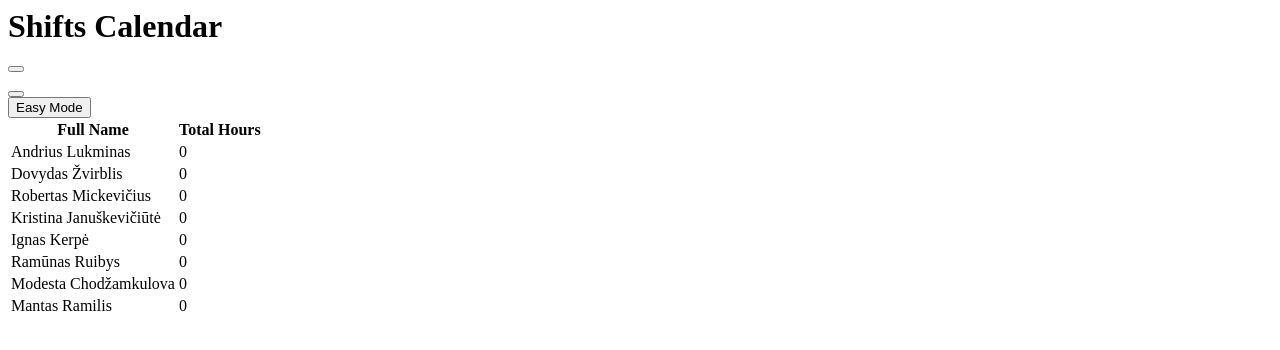
Repository: Daigtas/Shiftman
Page: partials/vacations_calendar.html
An editor plug-in stored every save of this project. The page is shown before and after the next save, followed by the edit.
The browser window is 1280 px wide. The pictures show the whole page.

Above is the page before, as saved 2025-02-04 09:33:25.
Console error: ReferenceError: $ is not defined

After the next save:
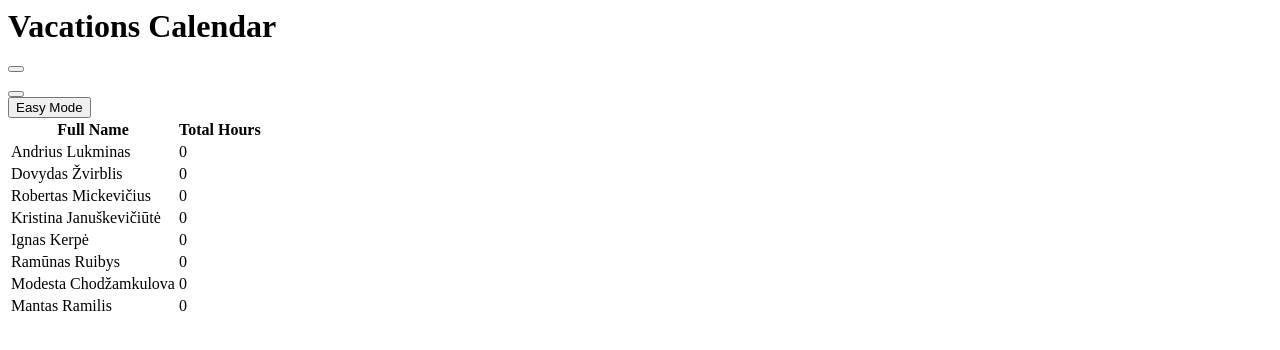
Saved 6 min 1 s later.
--- a/partials/vacations_calendar.html
+++ b/partials/vacations_calendar.html
@@ -1,12 +1,12 @@
-<h1 data-translate-key="shiftsCalendarTitle">Shifts Calendar</h1>
+<h1 data-translate-key="vacationsCalendarTitle">Vacations Calendar</h1>
 <div class="container-fluid">
     <div class="btn-toolbar mb-3" role="toolbar">
-        <button type="button" class="btn btn-lg btn-outline-primary mr-4" id="prevMonth" >
+        <button type="button" class="btn btn-lg btn-outline-primary mr-4" id="prevMonth">
             <i class="fas fa-chevron-left"></i>
         </button>
         <h3 id="monthName" class="text-center mb-4"></h3>
         <h3 id="currentMonthYear" class="text-center mb-4"></h3>
-        <button type="button" class="btn btn-lg btn-outline-primary ml-4" id="nextMonth" >
+        <button type="button" class="btn btn-lg btn-outline-primary ml-4" id="nextMonth">
             <i class="fas fa-chevron-right"></i>
         </button>
     </div>
@@ -28,7 +28,7 @@
                 <!-- Example rows, add more as needed -->
                 <tr>
                     <td>Andrius Lukminas</td>
-                    <!-- Shift data will be dynamically generated -->
+                    <!-- Vacation data will be dynamically generated -->
                     <td class="total-hours">0</td>
                 </tr>
                 <tr>
--- a/js/vacations_calendar.js
+++ b/js/vacations_calendar.js
@@ -23,7 +23,7 @@ $(document).ready(function () {
         }
     }
 
-    function initializeShiftsCalendar() {
+    function initializeVacationsCalendar() {
         const table = $('#calendar');
         const daysInMonth = new Date(currentYear, currentMonth + 1, 0).getDate();
         updateMonthYearText();
@@ -190,7 +190,7 @@ $(document).ready(function () {
 
     // Save data to LocalStorage
     function saveData() {
-        const data = JSON.parse(localStorage.getItem('calendarData')) || {};
+        const data = JSON.parse(localStorage.getItem('vacationsData')) || {};
         const year = currentYear;
         const month = String(currentMonth + 1).padStart(2, '0');
 
@@ -214,7 +214,7 @@ $(document).ready(function () {
             data[fullName][year][month] = monthData;
         });
 
-        localStorage.setItem('calendarData', JSON.stringify(data));
+        localStorage.setItem('vacationsData', JSON.stringify(data));
         console.log('Data saved to LocalStorage:', data);
 
         // Show success message
@@ -227,7 +227,7 @@ $(document).ready(function () {
 
     // Load data from LocalStorage
     function loadData() {
-        const data = JSON.parse(localStorage.getItem('calendarData')) || {};
+        const data = JSON.parse(localStorage.getItem('vacationsData')) || {};
         const year = currentYear;
         const month = String(currentMonth + 1).padStart(2, '0');
 
@@ -279,7 +279,7 @@ $(document).ready(function () {
             currentMonth = 11;
             currentYear--;
         }
-        initializeShiftsCalendar();
+        initializeVacationsCalendar();
         loadData();
     });
 
@@ -289,7 +289,7 @@ $(document).ready(function () {
             currentMonth = 0;
             currentYear++;
         }
-        initializeShiftsCalendar();
+        initializeVacationsCalendar();
         loadData();
     });
 
@@ -298,7 +298,7 @@ $(document).ready(function () {
     currentYear = now.getFullYear();
     currentMonth = now.getMonth();
     loadTranslations(lang).then(() => {
-        initializeShiftsCalendar();
+        initializeVacationsCalendar();
         loadData();
     });
 
